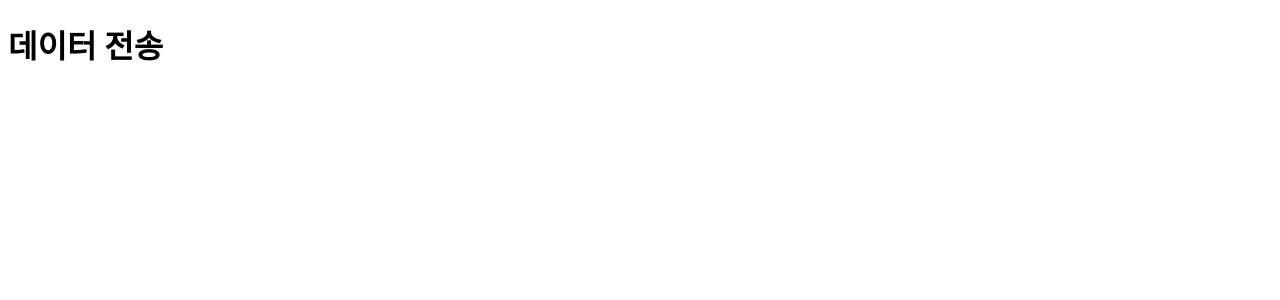
Repository: githubdohun/JSP
Page: ServletTest/src/main/webapp/temp.html
The author's editor kept a copy of each file at every save. The page is drawn from the files as they stood at one save, then again after the next save.
The browser window is 1280 px wide. The pictures show the whole page.

Above is the page before, as saved 2023-10-17 02:10:29.

### ServletTest/src/main/webapp/temp.html
<!DOCTYPE html>
<html>
<head>
<meta charset="UTF-8">
<title>Insert title here</title>
</head>
<body>
	<h1>데이터 전송</h1>

	<form method="GET" action="">

	</form>

</body>
</html>

After the next save:
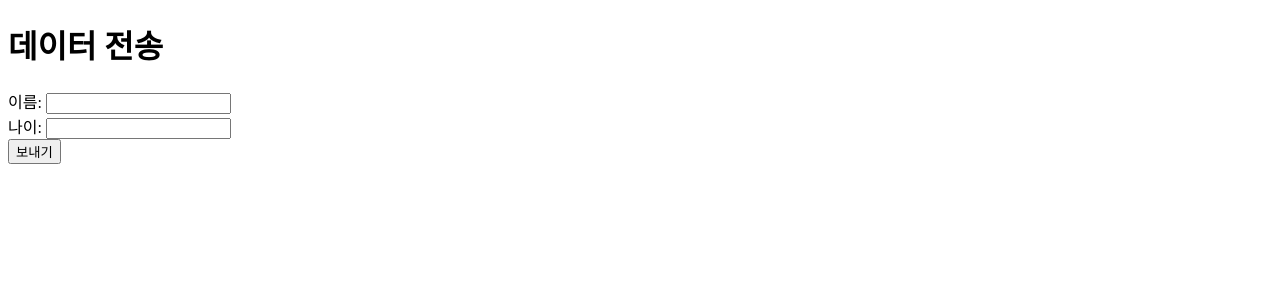
Saved 2 min 18 s later.
--- a/ServletTest/src/main/webapp/temp.html
+++ b/ServletTest/src/main/webapp/temp.html
@@ -7,8 +7,14 @@
 <body>
 	<h1>데이터 전송</h1>
 
-	<form method="GET" action="">
-
+	<form method="GET" action="" >
+		<div>
+			이름: <input type="text" name="name">
+		</div>
+		<div>
+			나이: <input type="text" name="age">
+		</div>
+		<input type="submit" value="보내기">
 	</form>
 
 </body>
